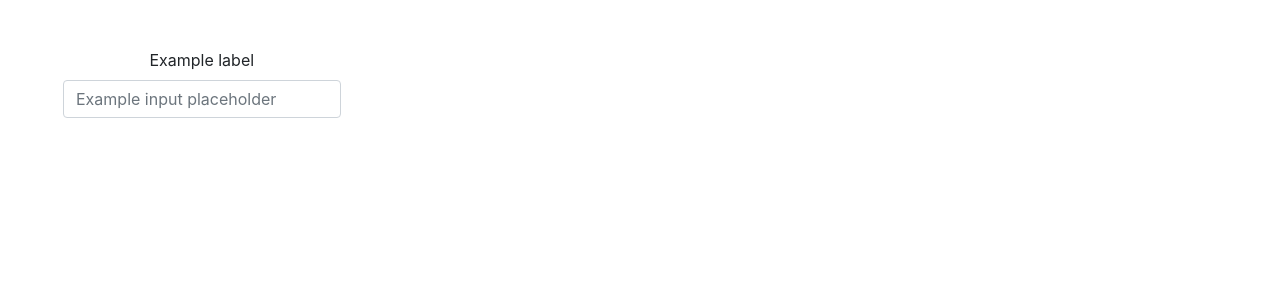
Repository: baobaodeveloper/bootcamp21__array__HuynhAnhBao
Page: index.html
These files come from the project's save history. The page is drawn as it stood at one moment and after the next save; the edit follows.
The browser window is 1280 px wide. The pictures show the whole page.

Above is the page before, as saved 2022-03-20 16:24:36.

After the next save:
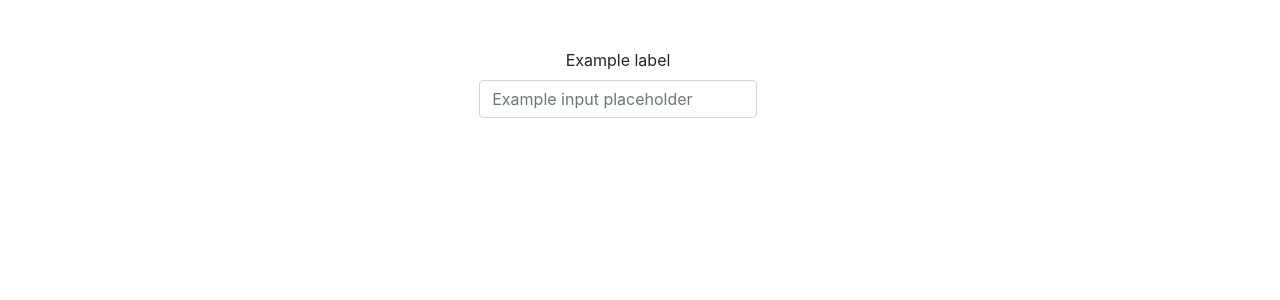
Saved 42 s later.
--- a/index.html
+++ b/index.html
@@ -19,7 +19,7 @@
   </head>
   <body>
     <div class="container m-5">
-      <div class="mb-3 text-center w-25">
+      <div class="mb-3 text-center w-25 m-auto">
         <label for="formGroupExampleInput" class="form-label"
           >Example label</label
         >

After the save that followed:
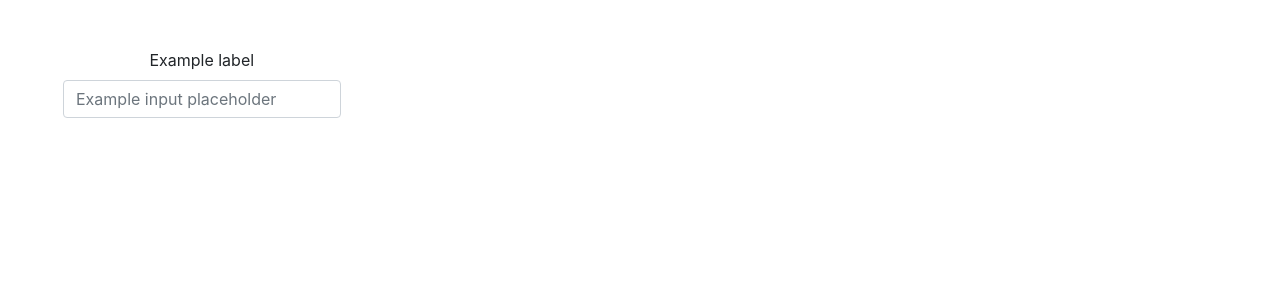
Saved 15 s later.
--- a/index.html
+++ b/index.html
@@ -19,7 +19,7 @@
   </head>
   <body>
     <div class="container m-5">
-      <div class="mb-3 text-center w-25 m-auto">
+      <div class="mb-3 text-center w-25">
         <label for="formGroupExampleInput" class="form-label"
           >Example label</label
         >
